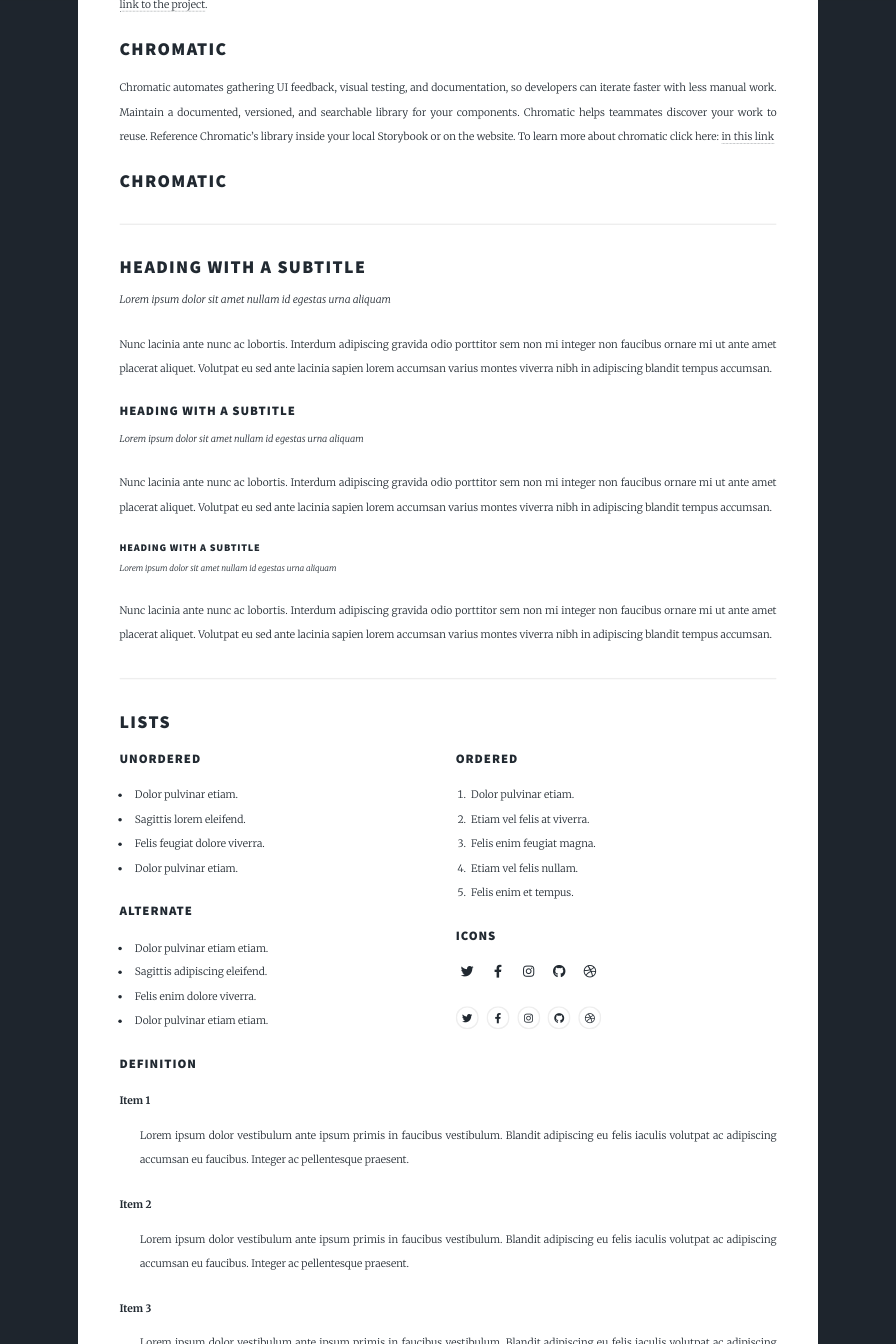
Repository: enlilsudo/Orlando-Portfolio
Page: elements.html
These files come from the project's save history. The page is drawn as it stood at one moment and after the next save; the edit follows.
The browser window is 1280 px wide. The pictures show the part of the page from y = 1299 to 3219 px (the page is 10089 px tall before and 10180 px after), at 70% of full size.

Above is the page before, as saved 2023-02-19 13:58:20.

After the next save:
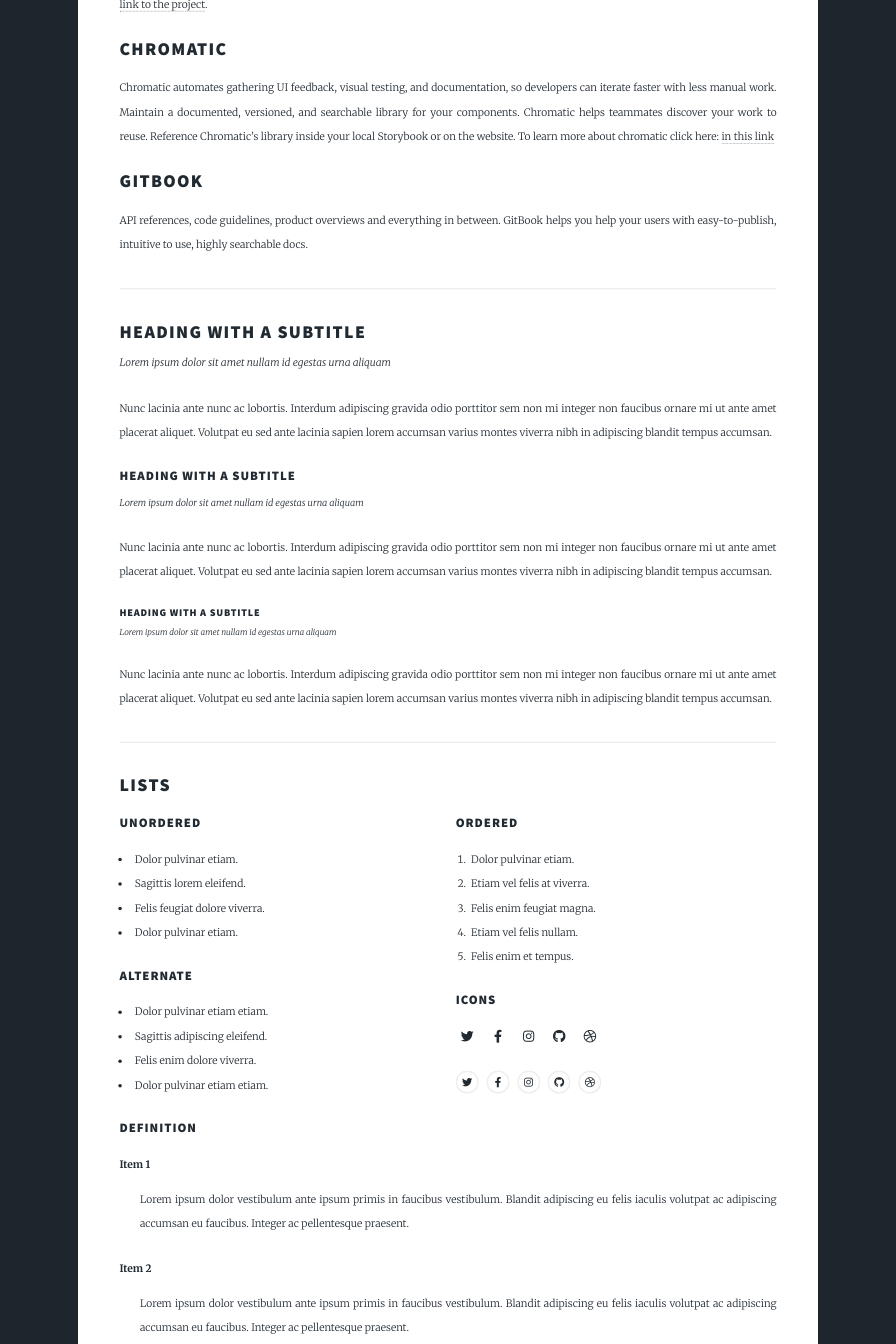
Saved 5 min 38 s later.
--- a/elements.html
+++ b/elements.html
@@ -72,7 +72,9 @@
 										Maintain a documented, versioned, and searchable library for your components. Chromatic helps teammates discover your work to reuse.
 										Reference Chromatic’s library inside your local Storybook or on the website. To learn more about chromatic click here: <a href="https://www.chromatic.com/docs/"> in this link</a>
 									</p>
-									<h2>Chromatic</h2>
+									<h2>GitBook</h2>
+									<p>API references, code guidelines, product overviews and everything in between.
+										GitBook helps you help your users with easy-to-publish, intuitive to use, highly searchable docs.</p>
 									<hr />
 									<header>
 										<h2>Heading with a Subtitle</h2>
